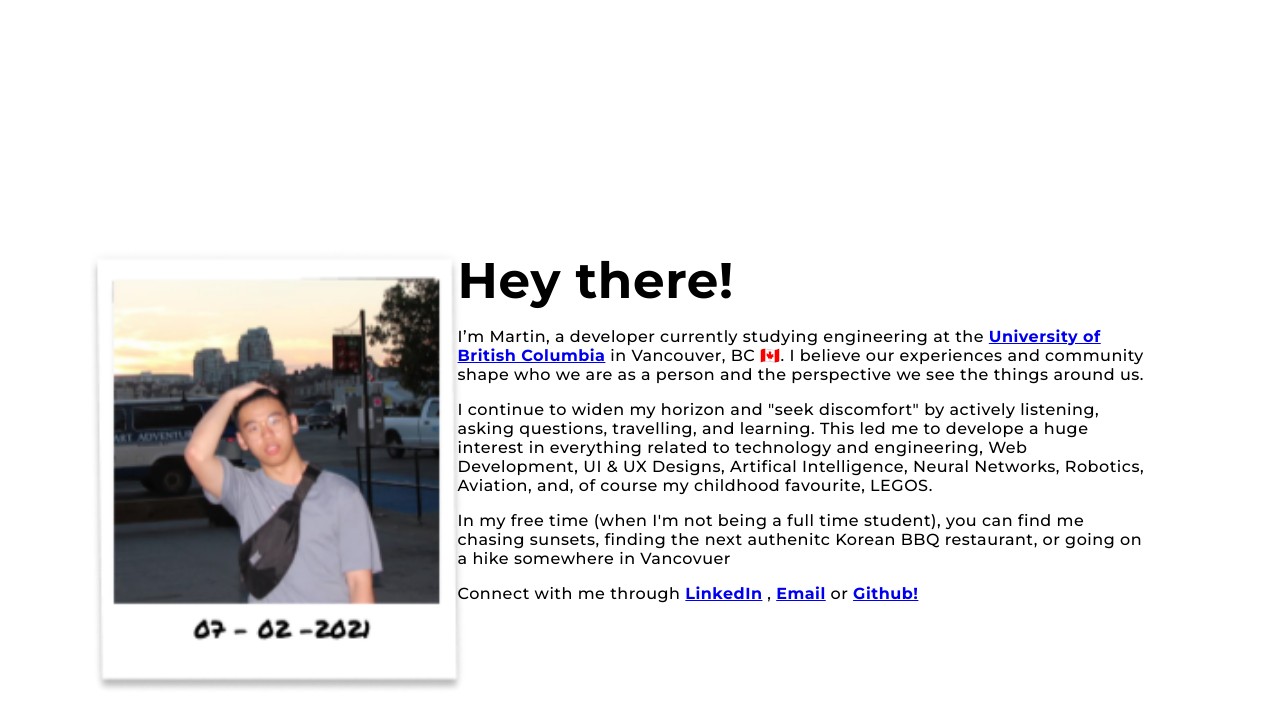
Repository: TangMartin/martintang
Page: pages/aboutme.html
These files come from the project's save history. The page is drawn as it stood at one moment and after the next save; the edit follows.
The browser window is 1280 px wide. The pictures show the whole page.

Above is the page before, as saved 2021-11-25 00:58:45.

After the next save:
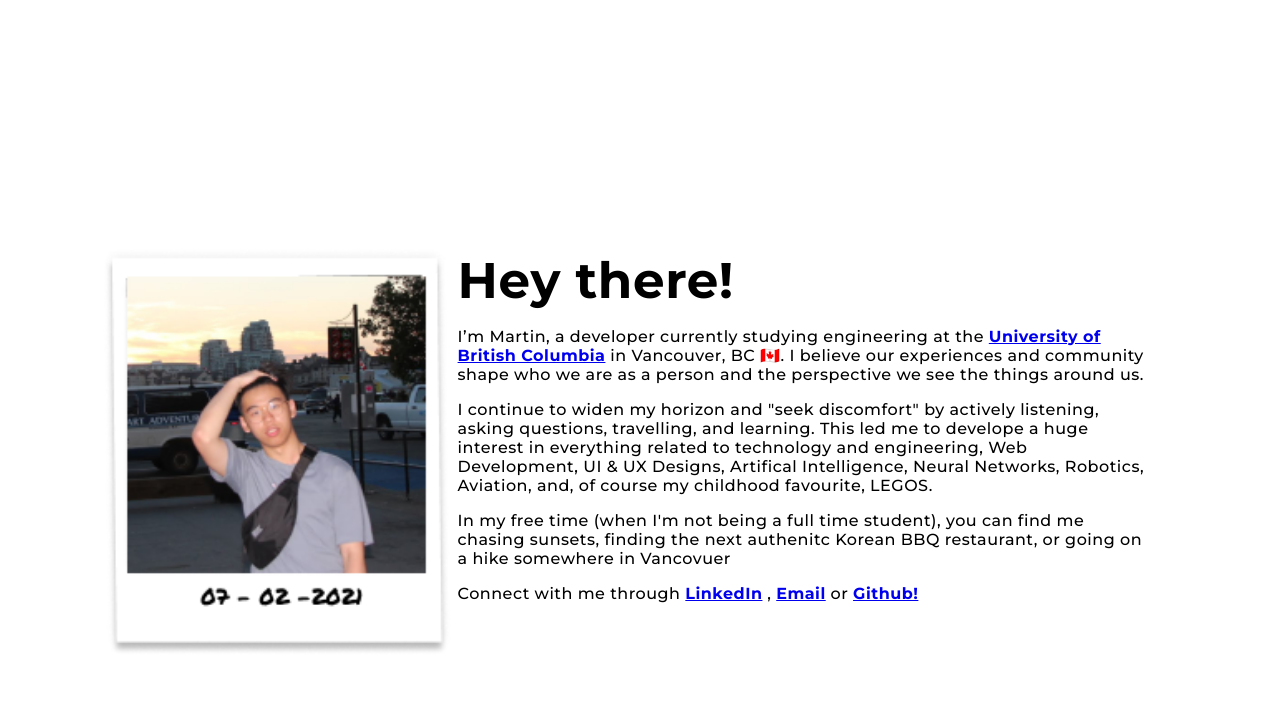
Saved 14 s later.
--- a/styles/style.css
+++ b/styles/style.css
@@ -167,7 +167,7 @@ h3 {
 /* ABOUT ME */
 .aboutme_image {
     max-width: auto;
-    height: 120%;
+    height: 110%;
     justify-content: center;
     opacity: 0;
 	animation: fadeIn;
